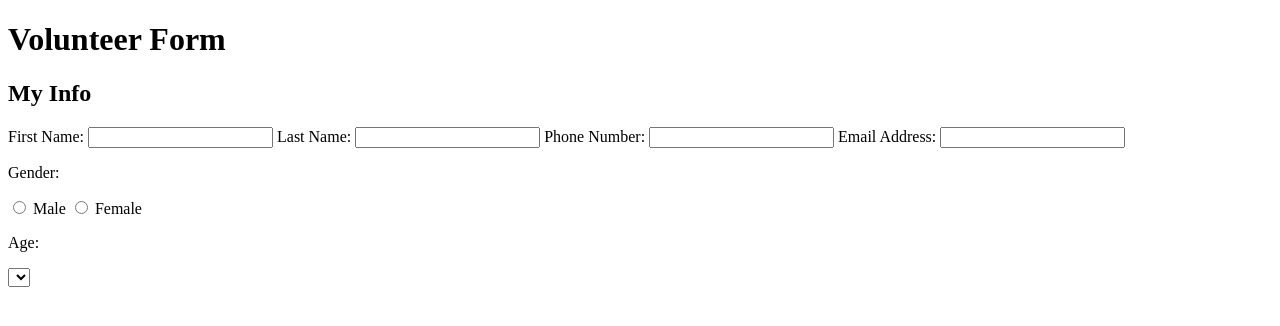
Repository: rishondass/ITMD361-Lab4
Page: index.html
An editor plug-in stored every save of this project. The page is shown before and after the next save, followed by the edit.
The browser window is 1280 px wide. The pictures show the whole page.

Above is the page before, as saved 2023-01-13 14:58:10.

### index.html
<!DOCTYPE html>
<html lang="en">
<head>
    <meta charset="UTF-8">
    <meta http-equiv="X-UA-Compatible" content="IE=edge">
    <meta name="viewport" content="width=device-width, initial-scale=1.0">
    <title>Lab 4</title>
</head>
<body>
    <h1>
        Volunteer Form
    </h1>
    <h2>
        My Info
    </h2>

    <form action="POST">
        <label for="first_name_field">First Name:</label>
        <input type="text" name="first_name_field">

        <label for="last_name_field">Last Name:</label>
        <input type="text" name="last_name_field">

        <label for="phone_field">Phone Number:</label>
        <input type="phone" name="phone_field">

        <label for="email_field">Email Address:</label>
        <input type="email" name="email_field">

        <p>Gender:</p>
        <input type="radio" name="gender_field" value="Male">
        <label for="gender_field">Male</label>
        <input type="radio" name="gender_field" value="Female">
        <label for="gender_field">Female</label>

        <p>Age:</p>
        <select name="age_field"></select>
    </form>
</body>
</html>

After the next save:
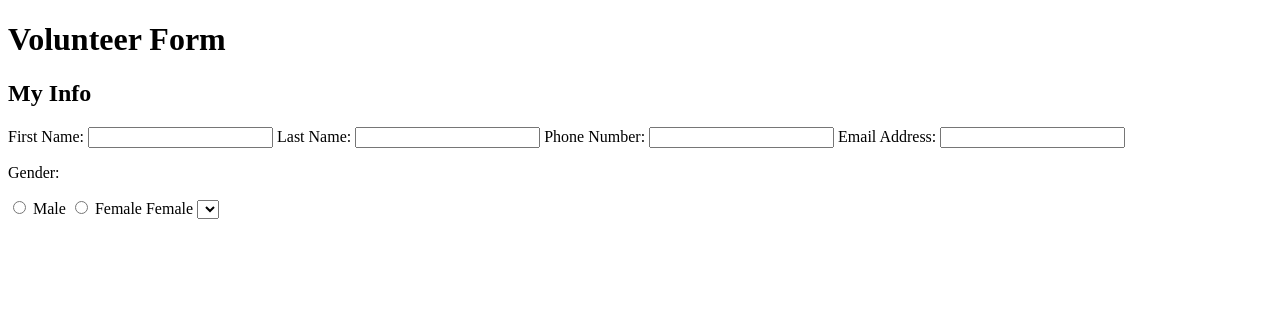
Saved 7 s later.
--- a/index.html
+++ b/index.html
@@ -33,7 +33,7 @@
         <input type="radio" name="gender_field" value="Female">
         <label for="gender_field">Female</label>
 
-        <p>Age:</p>
+        <label for="gender_field">Female</label>
         <select name="age_field"></select>
     </form>
 </body>
